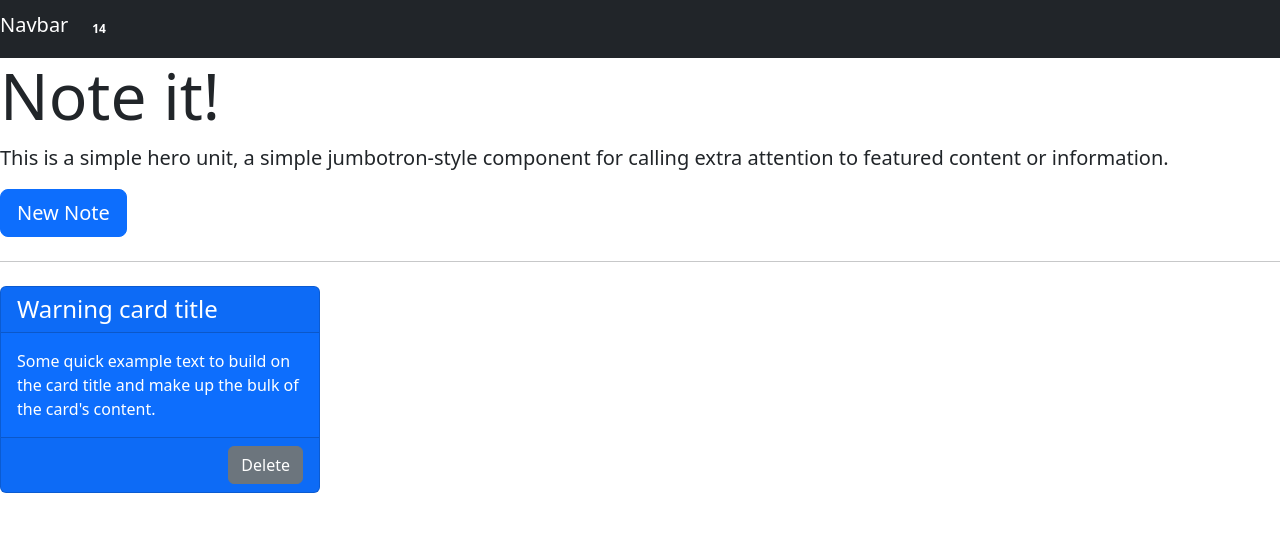
Repository: hasmelash/gitskill
Page: /
These files come from the project's save history. The page is drawn as it stood at one moment and after the next save; the edit follows.
The browser window is 1280 px wide. The pictures show the whole page.
The project was rebuilt for these pictures with package versions that can differ from the ones it lists, and the page was loaded fresh each time. Also part of the build but not shown: src/App.css.

Above is the page before, as saved 2019-08-30 00:38:29.

After the next save:
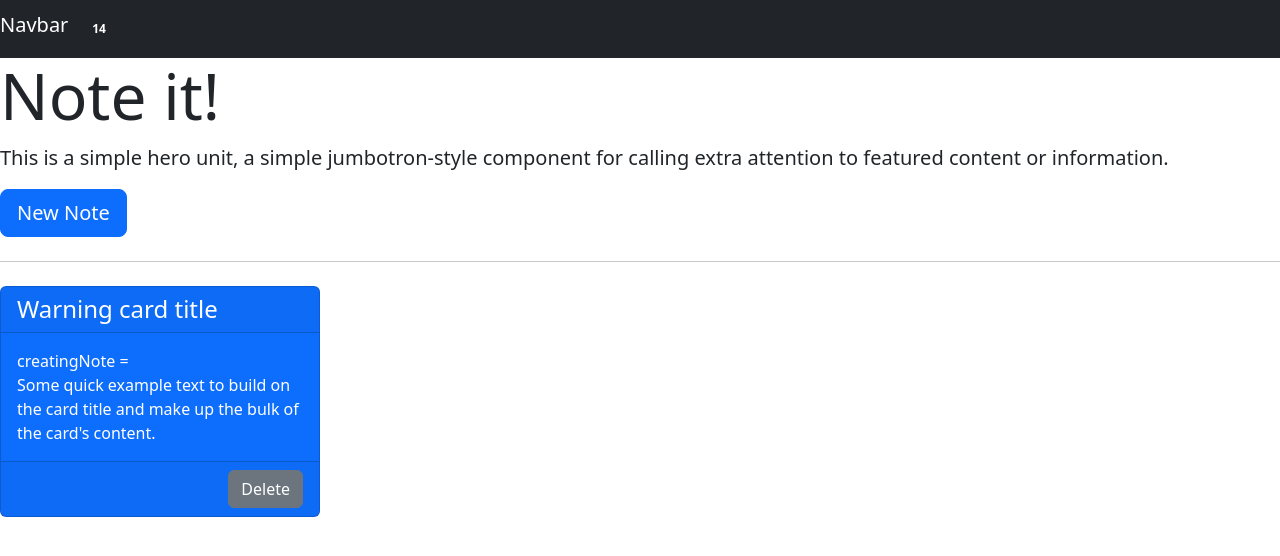
Saved 26 min 15 s later.
--- a/src/NoteComponent/NoteComponent.js
+++ b/src/NoteComponent/NoteComponent.js
@@ -14,13 +14,16 @@ class Note extends React.Component{
 
     }
 
+    deleteNote(note){
+        this.props.removeNote(note);
+    }
 
     render(){
         return (
             <div class="card text-white bg-primary mb-3" style={{maxWidth: '20rem'}}>
                 <h4 class="card-header">Warning card title</h4>
                     <div class="card-body">
-
+                        creatingNote ={this.createNote}
                         <p class="card-text">Some quick example text to build on the card title and make up the bulk of the card's content.</p>
                     </div>
                 <div class="card-footer">
